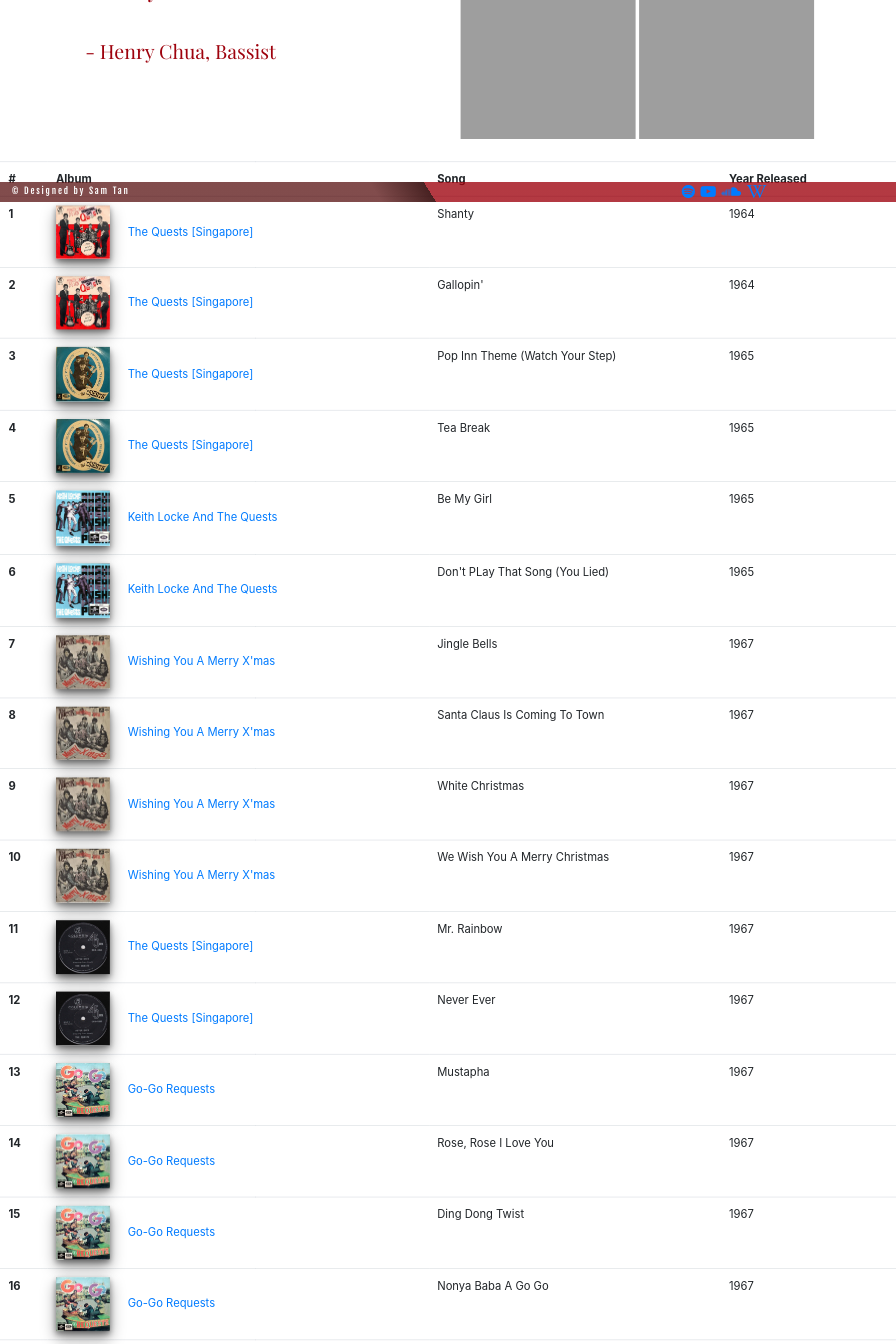
Repository: SamLookingGlass/User-Centric-Frontend-Development-Project
Page: music.html
The author's editor kept a record of every edit. The page is drawn from the files as they stood at one moment, then again after the next edit.
The browser window is 1280 px wide. The pictures show the part of the page from y = 431 to 2351 px (the page is 5550 px tall), at 70% of full size.
Pictures or frames that could not be fetched are drawn as grey boxes. Some web libraries are served in a nearby version.

Above is the page before.

### music.html
<!doctype html>
<html lang="en">

<head>
  <!-- Required meta tags -->
  <meta charset="utf-8">
  <meta name="viewport" content="width=device-width, initial-scale=1, shrink-to-fit=no">

  <!-- Bootstrap CSS -->
  <link rel="stylesheet" href="https://maxcdn.bootstrapcdn.com/bootstrap/4.0.0/css/bootstrap.min.css" integrity="sha384-Gn5384xqQ1aoWXA+058RXPxPg6fy4IWvTNh0E263XmFcJlSAwiGgFAW/dAiS6JXm" crossorigin="anonymous">

  <!-- Google Fonts CSS -->
  <link href="https://fonts.googleapis.com/css?family=Fjalla+One&display=swap" rel="stylesheet">
  <link href="https://fonts.googleapis.com/css?family=Amatic+SC&display=swap" rel="stylesheet">
  <link href="https://fonts.googleapis.com/css?family=Playfair+Display&display=swap" rel="stylesheet">

  <!-- Font Awesoe CSS -->
  <link rel="stylesheet" href="https://cdnjs.cloudflare.com/ajax/libs/font-awesome/4.7.0/css/font-awesome.min.css">

  <!-- Own Stylesheet -->
  <link href="style.css" rel="stylesheet" type="text/css" />

  <title>The Quests Official - Music</title>
</head>

<body id="borderhome">
  <nav class="fontnew" id="navbg">
    <div class="container-fluid">
      <div class="row d-lg-flex">
        <div class="col-5 navnew navleft d-flex justify-content-end">
          <ul class="d-flex">
            <li><a href="home.html">HOME</a></li>
            <li id="active"><a href="music.html">MUSIC</a></li>
            <li><a href="history.html">HISTORY</a></li>
          </ul>
        </div>
        <div class="col-2 d-lg-flex justify-content-center">
          <a class="" href="home.html">
            <img id="navlogo" class="img-fluid" src="images/logo/logo.png" alt="Quests Logo">
          </a>
        </div>
        <div class="col-5 navnew navright d-lg-flex justify-content-start">
          <ul class="d-flex">
            <li><a href="tour.html">TOUR</a></li>
            <li><a href="gallery.html">GALLERY</a></li>
          </ul>
        </div>
      </div>
    </div>
  </nav>
  <main>
    <div id="imagebg">
    </div>
  </main>
  <section>
    <div style="height:420pt" class="container-fluid">
      <div class="row">
        <div class="col-1"></div>
        <div class="col-5 fonttypo-gallery">
          <h2 class="cardbod">
            “Mrs Devan liked both songs and she asked me what my tune was called.
            <br>
            <br> I didn’t have a name, so at the spur of the moment, I said: ‘Call it Shanty’.”
            <br>
            <br>
          </h2>
          <h3>
            <span class="blockheader1">- Henry Chua, Bassist</span>
          </h3>
        </div>
        <div class="col-5 d-flex cardbod-music fonttypo-gallery">
          <div class="row">
            <iframe width="250" height="250" scrolling="no" frameborder="no" allow="autoplay" src="https://w.soundcloud.com/player/?url=https%3A//api.soundcloud.com/tracks/129465381&color=%23ff5500&auto_play=false&hide_related=false&show_comments=false&show_user=false&show_reposts=false&show_teaser=false&visual=true"></iframe>
            <iframe width="250" height="250" scrolling="no" frameborder="no" allow="autoplay" src="https://w.soundcloud.com/player/?url=https%3A//api.soundcloud.com/tracks/264145685&color=%23ff5500&auto_play=false&hide_related=false&show_comments=false&show_user=false&show_reposts=false&show_teaser=false&visual=true"></iframe>
          </div>
          <div class="row">
            <iframe width="250" height="250" scrolling="no" frameborder="no" allow="autoplay" src="https://w.soundcloud.com/player/?url=https%3A//api.soundcloud.com/tracks/2890725&color=%23ff5500&auto_play=false&hide_related=false&show_comments=false&show_user=false&show_reposts=false&show_teaser=false&visual=true"></iframe>
            <iframe width="250" height="250" scrolling="no" frameborder="no" allow="autoplay" src="https://w.soundcloud.com/player/?url=https%3A//api.soundcloud.com/tracks/2890821&color=%23ff5500&auto_play=false&hide_related=false&show_comments=false&show_user=false&show_reposts=false&show_teaser=false&visual=true"></iframe>
          </div>
        </div>
        <div class="col-1"></div>
      </div>
    </div>
  </section>
  <section>
    <table class="table table-hover">
      <thead>
        <tr>
          <th>#</th>
          <th>Album</th>
          <th>Song</th>
          <th>Year Released</th>
        </tr>
      </thead>
      <tbody class="albumclass">
        <tr>
          <th scope="row">1</th>
          <td><a href="http://www.45cat.com/record/chk1009" target="_blank"><img src="images/albums/a1.jpg" alt="Album Cover">The Quests [Singapore]</a></td>
          <td>Shanty</td>
          <td>1964</td>
        </tr>
        <tr>
          <th scope="row">2</th>
          <td><a href="http://www.45cat.com/record/chk1009" target="_blank"><img src="images/albums/a1.jpg" alt="Album Cover">The Quests [Singapore]</a></td>
          <td>Gallopin'</td>
          <td>1964</td>
        </tr>
        <tr>
          <th scope="row">3</th>
          <td><a href="http://www.45cat.com/record/chk1050" target="_blank"><img src="images/albums/a2.jpg" alt="Album Cover">The Quests [Singapore]</a></td>
          <td>Pop Inn Theme (Watch Your Step)</td>
          <td>1965</td>
        </tr>
        <tr>
          <th scope="row">4</th>
          <td><a href="http://www.45cat.com/record/chk1050" target="_blank"><img src="images/albums/a2.jpg" alt="Album Cover">The Quests [Singapore]</a></td>
          <td>Tea Break</td>
          <td>1965</td>
        </tr>
        <tr>
          <th scope="row">5</th>
          <td><a href="http://www.45cat.com/record/chk1051" target="_blank"><img src="images/albums/a3.jpg" alt="Album Cover">Keith Locke And The Quests</a></td>
          <td>Be My Girl</td>
          <td>1965</td>
        </tr>
        <tr>
          <th scope="row">6</th>
          <td><a href="http://www.45cat.com/record/chk1051" target="_blank"><img src="images/albums/a3.jpg" alt="Album Cover">Keith Locke And The Quests</a></td>
          <td>Don't PLay That Song (You Lied)</td>
          <td>1965</td>
        </tr>
        <tr>
          <th scope="row">7</th>
          <td><a href="http://www.45cat.com/record/chk1063" target="_blank"><img src="images/albums/a4.jpg" alt="Album Cover">Wishing You A Merry X'mas</a></td>
          <td>Jingle Bells</td>
          <td>1967</td>
        </tr>
        <tr>
          <th scope="row">8</th>
          <td><a href="http://www.45cat.com/record/chk1063" target="_blank"><img src="images/albums/a4.jpg" alt="Album Cover">Wishing You A Merry X'mas</a></td>
          <td>Santa Claus Is Coming To Town</td>
          <td>1967</td>
        </tr>
        <tr>
          <th scope="row">9</th>
          <td><a href="http://www.45cat.com/record/chk1063" target="_blank"><img src="images/albums/a4.jpg" alt="Album Cover">Wishing You A Merry X'mas</a></td>
          <td>White Christmas</td>
          <td>1967</td>
        </tr>
        <tr>
          <th scope="row">10</th>
          <td><a href="http://www.45cat.com/record/chk1063" target="_blank"><img src="images/albums/a4.jpg" alt="Album Cover">Wishing You A Merry X'mas</a></td>
          <td>We Wish You A Merry Christmas</td>
          <td>1967</td>
        </tr>
        <tr>
          <th scope="row">11</th>
          <td><a href="http://www.45cat.com/record/chk1065" target="_blank"><img src="images/albums/a5.jpg" alt="Album Cover">The Quests [Singapore]</a></td>
          <td>Mr. Rainbow</td>
          <td>1967</td>
        </tr>
        <tr>
          <th scope="row">12</th>
          <td><a href="http://www.45cat.com/record/chk1065" target="_blank"><img src="images/albums/a5.jpg" alt="Album Cover">The Quests [Singapore]</a></td>
          <td>Never Ever</td>
          <td>1967</td>
        </tr>
        <tr>
          <th scope="row">13</th>
          <td><a href="http://www.45cat.com/record/sego70115" target="_blank"><img src="images/albums/a6.jpg" alt="Album Cover">Go-Go Requests</a></td>
          <td>Mustapha</td>
          <td>1967</td>
        </tr>
        <tr>
          <th scope="row">14</th>
          <td><a href="http://www.45cat.com/record/sego70115" target="_blank"><img src="images/albums/a6.jpg" alt="Album Cover">Go-Go Requests</a></td>
          <td>Rose, Rose I Love You</td>
          <td>1967</td>
        </tr>
        <tr>
          <th scope="row">15</th>
          <td><a href="http://www.45cat.com/record/sego70115" target="_blank"><img src="images/albums/a6.jpg" alt="Album Cover">Go-Go Requests</a></td>
          <td>Ding Dong Twist</td>
          <td>1967</td>
        </tr>
        <tr>
          <th scope="row">16</th>
          <td><a href="http://www.45cat.com/record/sego70115" target="_blank"><img src="images/albums/a6.jpg" alt="Album Cover">Go-Go Requests</a></td>
          <td>Nonya Baba A Go Go</td>
          <td>1967</td>
        </tr>
        <tr>
          <th scope="row">17</th>
          <td><a href="http://www.45cat.com/record/echk587" target="_blank"><img src="images/albums/a7.jpg" alt="Album Cover">Instrumentally Yours</a></td>
          <td>The Indian Maid</td>
          <td>1968</td>
        </tr>
        <tr>
          <th scope="row">18</th>
          <td><a href="http://www.45cat.com/record/echk587" target="_blank"><img src="images/albums/a7.jpg" alt="Album Cover">Instrumentally Yours</a></td>
          <td>Return Of Spring</td>
          <td>1968</td>
        </tr>
        <tr>
          <th scope="row">19</th>
          <td><a href="http://www.45cat.com/record/echk587" target="_blank"><img src="images/albums/a7.jpg" alt="Album Cover">Instrumentally Yours</a></td>
          <td>Sayonara</td>
          <td>1968</td>
        </tr>
        <tr>
          <th scope="row">20</th>
          <td><a href="http://www.45cat.com/record/echk587" target="_blank"><img src="images/albums/a7.jpg" alt="Album Cover">Instrumentally Yours</a></td>
          <td>Why Go To The Template</td>
          <td>1968</td>
        </tr>
        <tr>
          <th scope="row">21</th>
          <td><a href="http://www.45cat.com/record/echk612" target="_blank"><img src="images/albums/a8.jpg" alt="Album Cover">Conquests</a></td>
          <td>Jesamine</td>
          <td>1968</td>
        </tr>
        <tr>
          <th scope="row">22</th>
          <td><a href="http://www.45cat.com/record/echk612" target="_blank"><img src="images/albums/a8.jpg" alt="Album Cover">Conquests</a></td>
          <td>What Is Soul</td>
          <td>1968</td>
        </tr>
        <tr>
          <th scope="row">23</th>
          <td><a href="http://www.45cat.com/record/echk612" target="_blank"><img src="images/albums/a8.jpg" alt="Album Cover">Conquests</a></td>
          <td>Sunshine Of Your Love</td>
          <td>1968</td>
        </tr>
        <tr>
          <th scope="row">24</th>
          <td><a href="http://www.45cat.com/record/echk612" target="_blank"><img src="images/albums/a8.jpg" alt="Album Cover">Conquests</a></td>
          <td>Hey Girl</td>
          <td>1968</td>
        </tr>
        <tr>
          <th scope="row">25</th>
          <td><a href="http://www.45cat.com/record/echk634" target="_blank"><img src="images/albums/a9.jpg" alt="Album Cover">Keith Locke And The Quests</a></td>
          <td>Don't Play That Song (You Lied)</td>
          <td>1969 (Re-released)</td>
        </tr>
        <tr>
          <th scope="row">26</th>
          <td><a href="http://www.45cat.com/record/echk634" target="_blank"><img src="images/albums/a9.jpg" alt="Album Cover">Keith Locke And The Quests</a></td>
          <td>Be My Girl</td>
          <td>1969 (Re-released)</td>
        </tr>
        <tr>
          <th scope="row">27</th>
          <td><a href="http://www.45cat.com/record/echk634" target="_blank"><img src="images/albums/a9.jpg" alt="Album Cover">Keith Locke And The Quests</a></td>
          <td>I'm On Top Of The World</td>
          <td>1969</td>
        </tr>
        <tr>
          <th scope="row">28</th>
          <td><a href="http://www.45cat.com/record/echk634" target="_blank"><img src="images/albums/a9.jpg" alt="Album Cover">Keith Locke And The Quests</a></td>
          <td>Mockingbird Hill</td>
          <td>1969</td>
        </tr>
        <tr>
          <th scope="row">29</th>
          <td><a href="https://www.discogs.com/The-Quests-When-The-Clock-Strikes-Twelve/master/1442174" target="_blank"><img src="images/albums/a10.jpg" alt="Album Cover">When The Clock Strikes Twelve</a></td>
          <td>I'd Wait A Million Years</td>
          <td>1969</td>
        </tr>
        <tr>
          <th scope="row">30</th>
          <td><a href="https://www.discogs.com/The-Quests-When-The-Clock-Strikes-Twelve/master/1442174" target="_blank"><img src="images/albums/a10.jpg" alt="Album Cover">When The Clock Strikes Twelve</a></td>
          <td>Don't Forget To Remember</td>
          <td>1969</td>
        </tr>
        <tr>
          <th scope="row">31</th>
          <td><a href="https://www.discogs.com/The-Quests-When-The-Clock-Strikes-Twelve/master/1442174" target="_blank"><img src="images/albums/a10.jpg" alt="Album Cover">When The Clock Strikes Twelve</a></td>
          <td>Memphis Street</td>
          <td>1969</td>
        </tr>
        <tr>
          <th scope="row">32</th>
          <td><a href="https://www.discogs.com/The-Quests-When-The-Clock-Strikes-Twelve/master/1442174" target="_blank"><img src="images/albums/a10.jpg" alt="Album Cover">When The Clock Strikes Twelve</a></td>
          <td>When The Clock Strikes Twelve</td>
          <td>1969</td>
        </tr>
        <tr>
          <th scope="row">33</th>
          <td><a href="https://www.discogs.com/The-Quests-Proud-Mary/master/1442173" target="_blank"><img src="images/albums/a11.jpg" alt="Album Cover">Proud Marry</a></td>
          <td>Proud Mary</td>
          <td>1969</td>
        </tr>
        <tr>
          <th scope="row">34</th>
          <td><a href="https://www.discogs.com/The-Quests-Proud-Mary/master/1442173" target="_blank"><img src="images/albums/a11.jpg" alt="Album Cover">Proud Marry</a></td>
          <td>Time Is Tight </td>
          <td>1969</td>
        </tr>
        <tr>
          <th scope="row">35</th>
          <td><a href="https://www.discogs.com/The-Quests-Proud-Mary/master/1442173" target="_blank"><img src="images/albums/a11.jpg" alt="Album Cover">Proud Marry</a></td>
          <td>Cupid</td>
          <td>1969</td>
        </tr>
        <tr>
          <th scope="row">36</th>
          <td><a href="https://www.discogs.com/The-Quests-Proud-Mary/master/1442173" target="_blank"><img src="images/albums/a11.jpg" alt="Album Cover">Proud Marry</a></td>
          <td>Traces</td>
          <td>1969</td>
        </tr>
        <tr>
          <th scope="row">37</th>
          <td><a href="http://www.45cat.com/record/echk613" target="_blank"><img src="images/albums/a12.jpg" alt="Album Cover">Four Hits</a></td>
          <td>The Good, The Bad And The Ugly</td>
          <td>1969</td>
        </tr>
        <tr>
          <th scope="row">38</th>
          <td><a href="http://www.45cat.com/record/echk613" target="_blank"><img src="images/albums/a12.jpg" alt="Album Cover">Four Hits</a></td>
          <td>Sound Of Silence</td>
          <td>1969</td>
        </tr>
        <tr>
          <th scope="row">39</th>
          <td><a href="http://www.45cat.com/record/echk613" target="_blank"><img src="images/albums/a12.jpg" alt="Album Cover">Four Hits</a></td>
          <td>Soul Finger</td>
          <td>1969</td>
        </tr>
        <tr>
          <th scope="row">40</th>
          <td><a href="http://www.45cat.com/record/echk613" target="_blank"><img src="images/albums/a12.jpg" alt="Album Cover">Four Hits</a></td>
          <td>Love Is Blue</td>
          <td>1969</td>
        </tr>
        <tr>
          <th scope="row">41</th>
          <td><a href="http://www.45cat.com/record/echk644" target="_blank"><img src="images/albums/a13.jpg" alt="Album Cover">征服樂隊</a></td>
          <td>淚 (Tears)</td>
          <td>1970</td>
        </tr>
        <tr>
          <th scope="row">42</th>
          <td><a href="http://www.45cat.com/record/echk644" target="_blank"><img src="images/albums/a13.jpg" alt="Album Cover">征服樂隊</a></td>
          <td>負心的人 (Jilted)</td>
          <td>1970</td>
        </tr>
        <tr>
          <th scope="row">42</th>
          <td><a href="http://www.45cat.com/record/echk644" target="_blank"><img src="images/albums/a13.jpg" alt="Album Cover">征服樂隊</a></td>
          <td>源的小花 (Flower Of Tears)</td>
          <td>1970</td>
        </tr>
        <tr>
          <th scope="row">42</th>
          <td><a href="http://www.45cat.com/record/echk644" target="_blank"><img src="images/albums/a13.jpg" alt="Album Cover">征服樂隊</a></td>
          <td>尋夢的人 (My Lost Dream)</td>
          <td>1970</td>
        </tr>
        <tr>
          <th scope="row">43</th>
          <td><a href="http://www.45cat.com/record/sechk649" target="_blank"><img src="images/albums/a14.jpg" alt="Album Cover">The Quests [Singapore]</a></td>
          <td>Who'll Stop The Rain</td>
          <td>1970</td>
        </tr>
        <tr>
          <th scope="row">44</th>
          <td><a href="http://www.45cat.com/record/sechk649" target="_blank"><img src="images/albums/a14.jpg" alt="Album Cover">The Quests [Singapore]</a></td>
          <td>American Women</td>
          <td>1970</td>
        </tr>
        <tr>
          <th scope="row">45</th>
          <td><a href="http://www.45cat.com/record/sechk649" target="_blank"><img src="images/albums/a14.jpg" alt="Album Cover">The Quests [Singapore]</a></td>
          <td>Who'll Stop The Rain</td>
          <td>1970</td>
        </tr>
      </tbody>
    </table>
  </section>
  <footer class="fixed-bottom fontfooter" id="navbg1">
    <div class="container-fluid">
      <div class="row">
        <div class="col-3">© Designed by Sam Tan </div>
        <div class="col-6 d-lg-flex justify-content-center"></div>
        <div class="col-3">
          <!--<a href=""><i class="fa fa-facebook-square" style="font-size:22px"></i></a>-->
          <a href="https://open.spotify.com/artist/4AOgY5YwQw4d5pgEX3f56A" target="_blank"><i class="fa fa-spotify" style="font-size:22px"></i></a>
          <a href="https://www.youtube.com/user/JoeWuSeattleWaUSA/featured" target="_blank"><i class="fa fa-youtube-play" style="font-size:22px"></i></a>
          <a href="https://soundcloud.com/user-73693220/keith-locke-the-quests-dont-1" target="_blank"><i class="fa fa-soundcloud" style="font-size:22px"></i></a>
          <a href="https://en.wikipedia.org/wiki/The_Quests" target="_blank"><i class="fa fa-wikipedia-w" style="font-size:22px"></i></a>
        </div>
      </div>
    </div>
  </footer>



  <!-- Optional JavaScript -->
  <!-- jQuery first, then Popper.js, then Bootstrap JS -->
  <script src="https://code.jquery.com/jquery-3.2.1.slim.min.js" integrity="sha384-KJ3o2DKtIkvYIK3UENzmM7KCkRr/rE9/Qpg6aAZGJwFDMVNA/GpGFF93hXpG5KkN" crossorigin="anonymous"></script>
  <script src="https://cdnjs.cloudflare.com/ajax/libs/popper.js/1.12.9/umd/popper.min.js" integrity="sha384-ApNbgh9B+Y1QKtv3Rn7W3mgPxhU9K/ScQsAP7hUibX39j7fakFPskvXusvfa0b4Q" crossorigin="anonymous"></script>
  <script src="https://maxcdn.bootstrapcdn.com/bootstrap/4.0.0/js/bootstrap.min.js" integrity="sha384-JZR6Spejh4U02d8jOt6vLEHfe/JQGiRRSQQxSfFWpi1MquVdAyjUar5+76PVCmYl" crossorigin="anonymous"></script>
</body>

</html>

Loaded but not shown: style.css (459 lines, source omitted)

After the next edit:
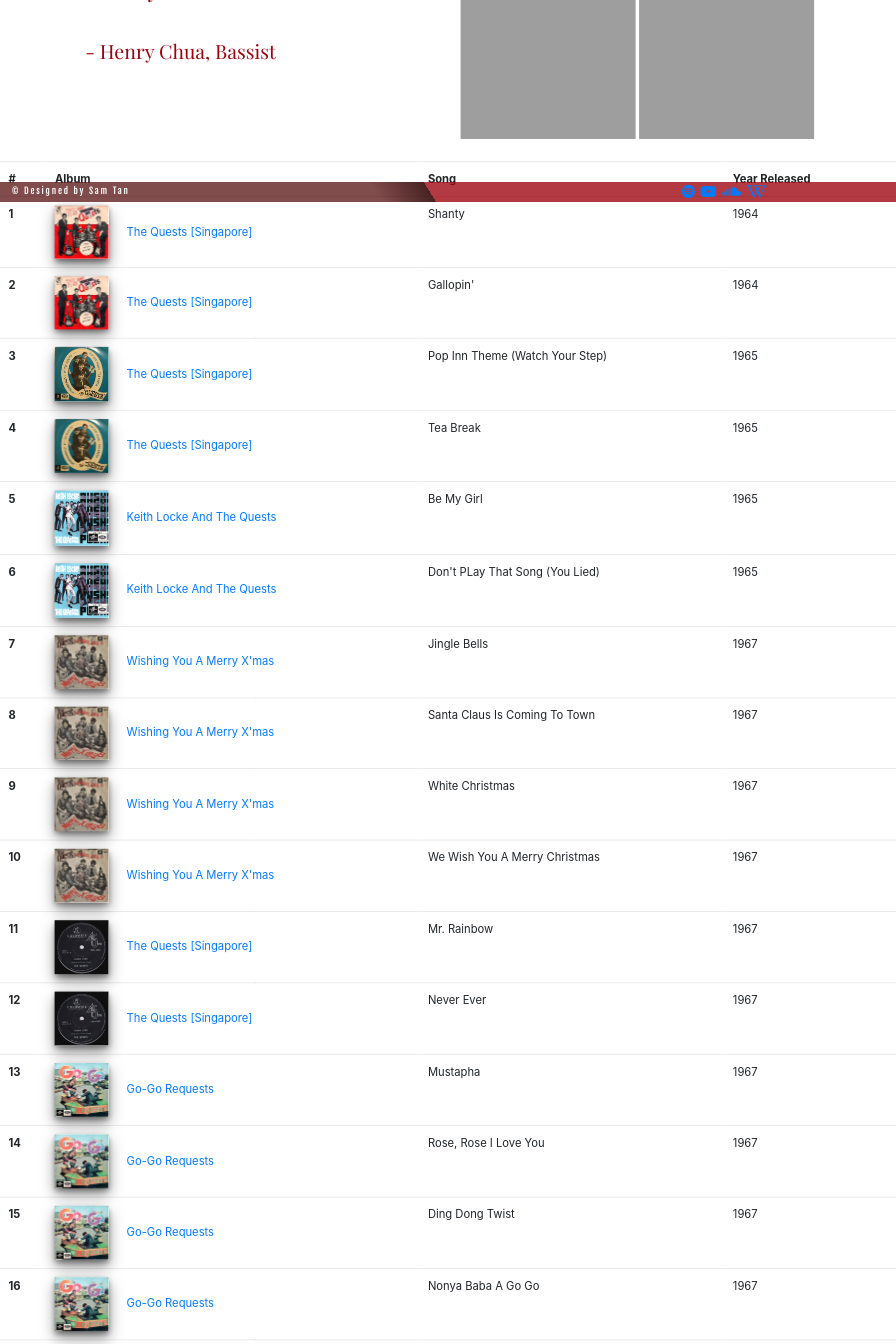
The edit:
--- a/music.html
+++ b/music.html
@@ -372,7 +372,7 @@
         <tr>
           <th scope="row">45</th>
           <td><a href="http://www.45cat.com/record/sechk649" target="_blank"><img src="images/albums/a14.jpg" alt="Album Cover">The Quests [Singapore]</a></td>
-          <td>Who'll Stop The Rain</td>
+          <td>Love And The World Loves With You</td>
           <td>1970</td>
         </tr>
       </tbody>
